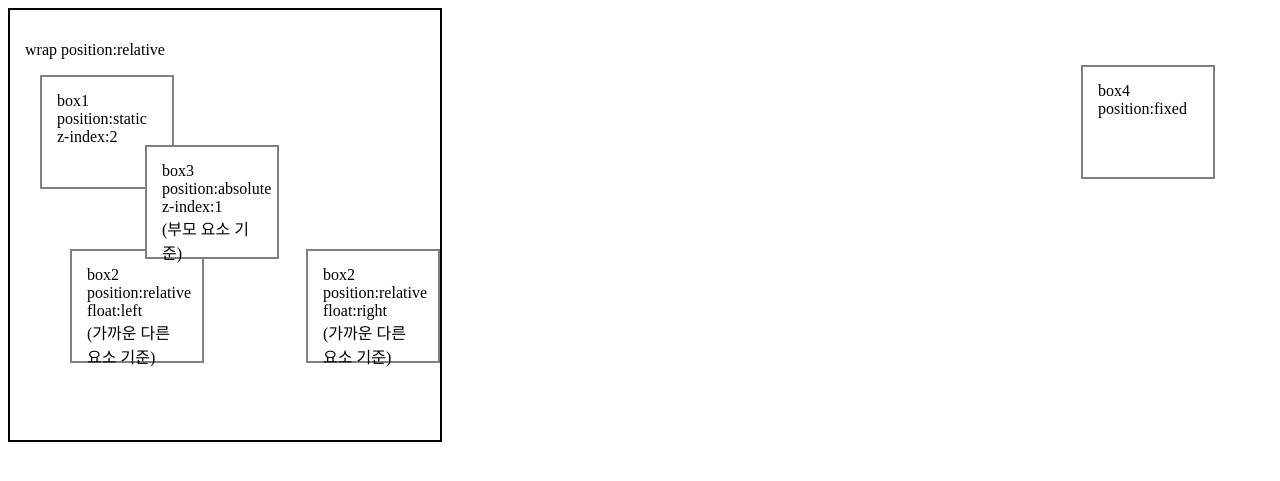
Repository: yeonddu/green_css
Page: web/pro01/songyeonsu/layout2.html
These files come from the project's save history. The page is drawn as it stood at one moment and after the next save; the edit follows.
The browser window is 1280 px wide. The pictures show the whole page.

Above is the page before, as saved 2022-12-13 08:25:19.

### web/pro01/songyeonsu/layout2.html
<!DOCTYPE html>
<html>
<head>
<meta charset="EUC-KR">
<title>Insert title here</title>
<style>
	#wrap	{
		position:relative;
		width:400px;
		height:400px;
		padding:15px;
		border:2px solid black;

	}
	.box1, .box2, .box3, .box4, .box5 {
		width:100px;
		height:80px;
		margin:15px;
		padding:15px;
		border:2px solid gray;
		background:white;
	}
	.box1 {
		position:static;
		left:20px;
		top:200px;
		z-index:2;
	}
	.box2 {
		position:relative;
		float:left;
		left:30px;
		top:30px;
	}
	.box5 {
		position:relative;
		float:right;
		left:30px;
		top:30px;
	}
	.box3 {
		position:absolute;
		left:120px;
		top:120px;
		z-index:1;
	}
	.box4 {
		position:fixed;
		top:50px;
		right:50px;
	}
</style>
</head>
<body>
<div id="wrap"><p>wrap position:relative</p>
	<div class="box1">box1 position:static z-index:2</div>
	<div class="box2">box2 position:relative float:left <br>(가까운 다른 요소 기준)</div>
	<div class="box5">box2 position:relative float:right<br>(가까운 다른 요소 기준)</div>
	<div class="box3">box3 position:absolute z-index:1 <br>(부모 요소 기준)</div>
	<div class="box4">box4 position:fixed</div>
</div>
</body>
</html>

After the next save:
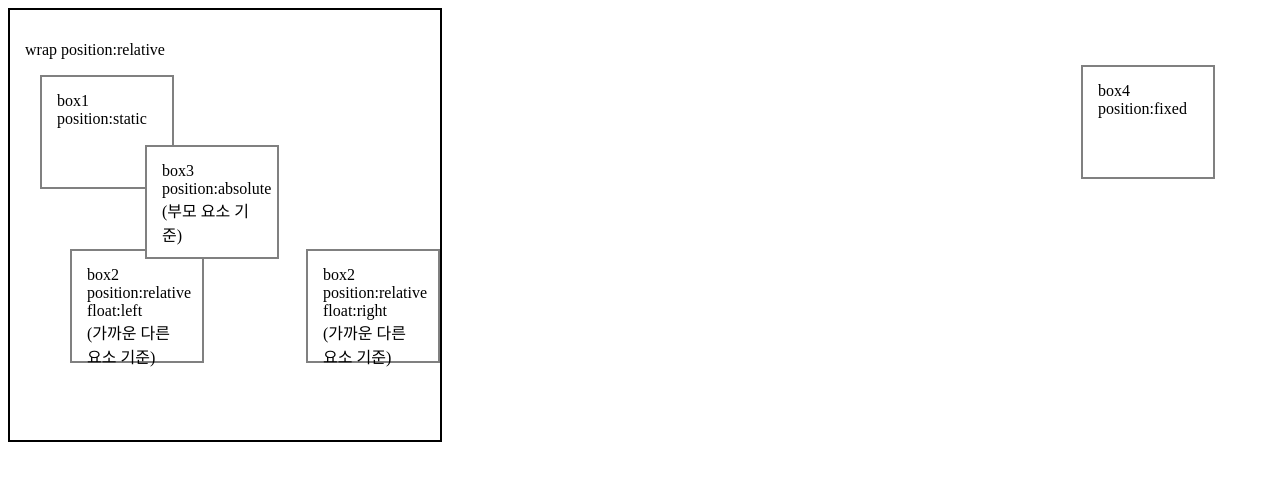
Saved 4 s later.
--- a/web/pro01/songyeonsu/layout2.html
+++ b/web/pro01/songyeonsu/layout2.html
@@ -24,7 +24,6 @@
 		position:static;
 		left:20px;
 		top:200px;
-		z-index:2;
 	}
 	.box2 {
 		position:relative;
@@ -42,7 +41,6 @@
 		position:absolute;
 		left:120px;
 		top:120px;
-		z-index:1;
 	}
 	.box4 {
 		position:fixed;
@@ -53,10 +51,10 @@
 </head>
 <body>
 <div id="wrap"><p>wrap position:relative</p>
-	<div class="box1">box1 position:static z-index:2</div>
+	<div class="box1">box1 position:static</div>
 	<div class="box2">box2 position:relative float:left <br>(가까운 다른 요소 기준)</div>
 	<div class="box5">box2 position:relative float:right<br>(가까운 다른 요소 기준)</div>
-	<div class="box3">box3 position:absolute z-index:1 <br>(부모 요소 기준)</div>
+	<div class="box3">box3 position:absolute <br>(부모 요소 기준)</div>
 	<div class="box4">box4 position:fixed</div>
 </div>
 </body>
